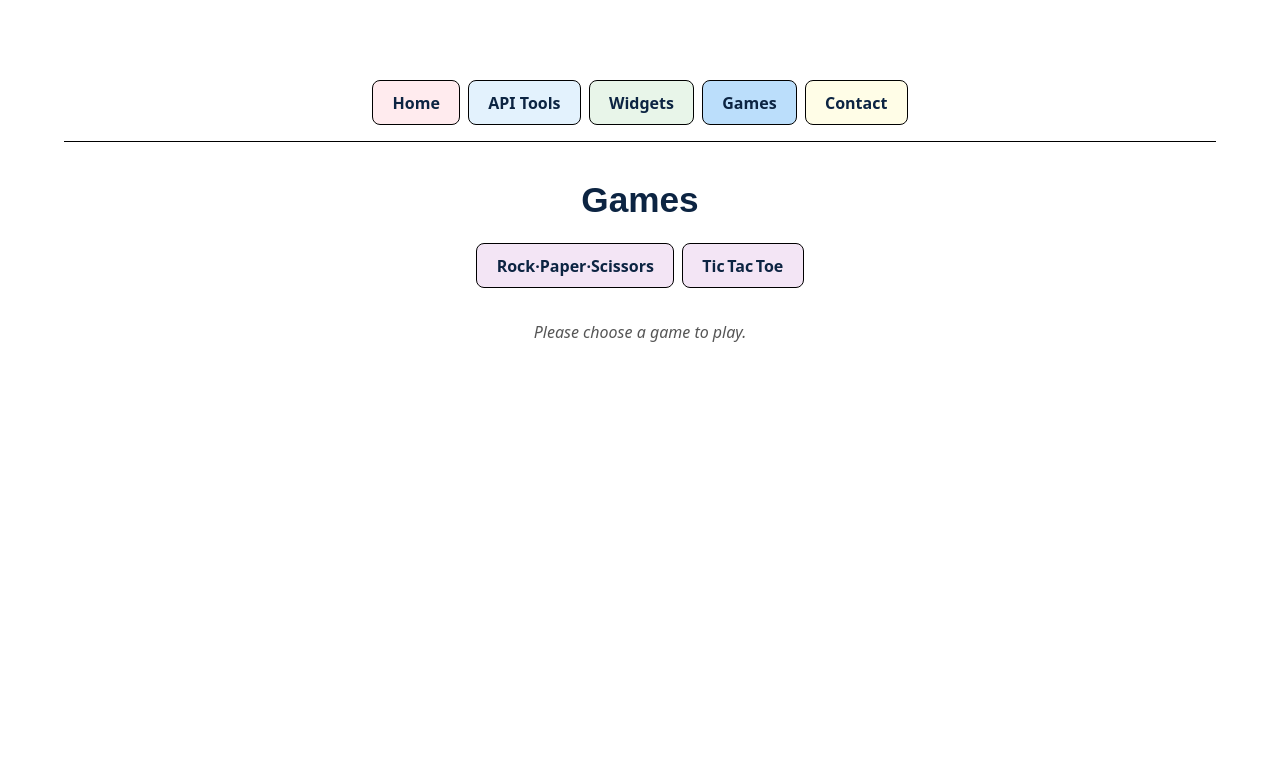
Repository: ourshadetree/TimPortfolio
Page: /games
An editor plug-in stored every save of this project. The page is shown before and after the next save, followed by the edit.
The browser window is 1280 px wide. The pictures show the whole page.
The project was rebuilt for these pictures with package versions that can differ from the ones it lists, and the page was loaded fresh each time. Also part of the build but not shown: vite.config.js, src/views/HomeView.vue, src/components/MovieApi.vue, src/components/WeatherApi.vue, src/views/ApiTools.vue, src/components/Calculator.vue, src/components/UnitConverter.vue, src/views/Widgets.vue and 3 more. Imported but missing from the stored project, and not drawn on this page: src/assets/CurrentResumeTimSB.pdf.

Above is the page before, as saved 2025-05-07 14:25:33.

After the next save:
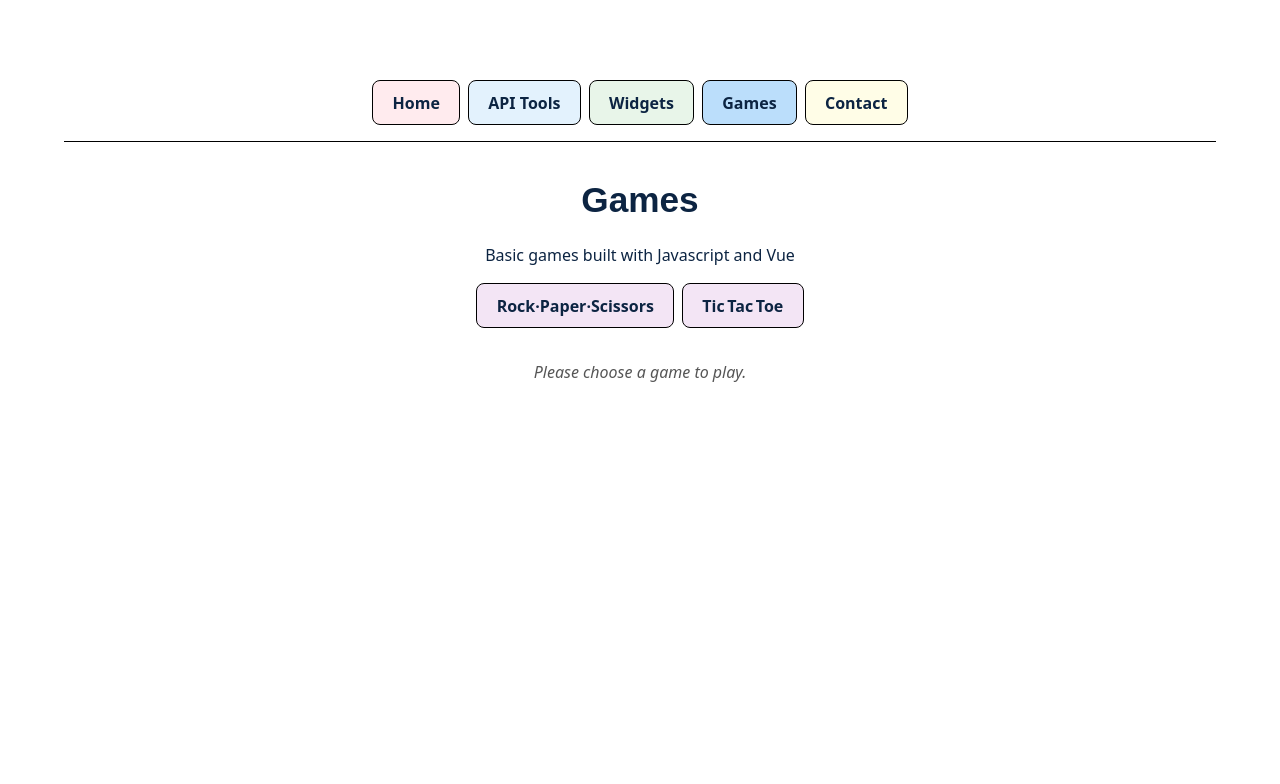
Saved 38 s later.
--- a/src/views/Games.vue
+++ b/src/views/Games.vue
@@ -2,7 +2,7 @@
 <template>
     <section>
       <h1>Games</h1>
-
+      <p>Basic games built with Javascript and Vue</p>
       <!-- Tab header -->
       <nav>
         <button
